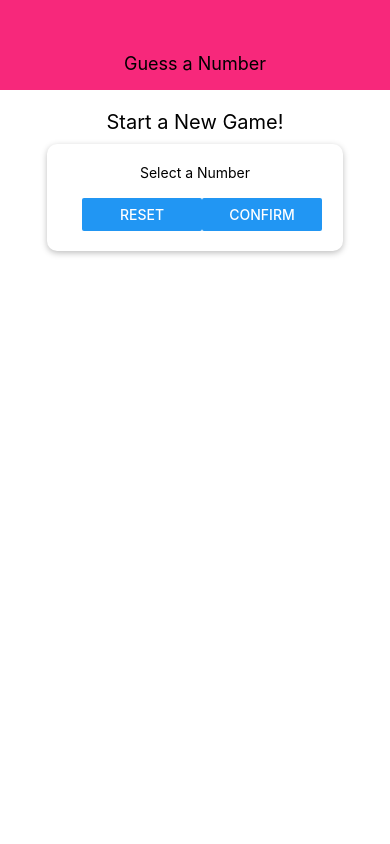
Repository: jes-wd/rn-num-guess
Screen: /
The author's editor kept a copy of each file at every save. The screen is drawn from the files as they stood at one save, then again after the next save.
The app was drawn by React Native's web renderer in a window 390 px wide. The project was rebuilt for these pictures with package versions that can differ from the ones it lists, and the page was loaded fresh each time.

Above is the screen before, as saved 2020-03-21 22:18:54.

After the next save:
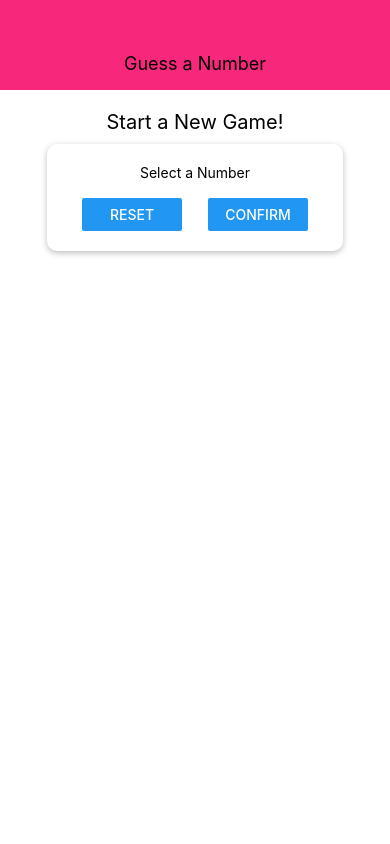
Saved 10 s later.
--- a/screens/StartGameScreen.js
+++ b/screens/StartGameScreen.js
@@ -41,7 +41,7 @@ const styles = StyleSheet.create({
     paddingHorizontal: 15
   },
   button: {
-    width: 120
+    width: 100
   }
 });
 
